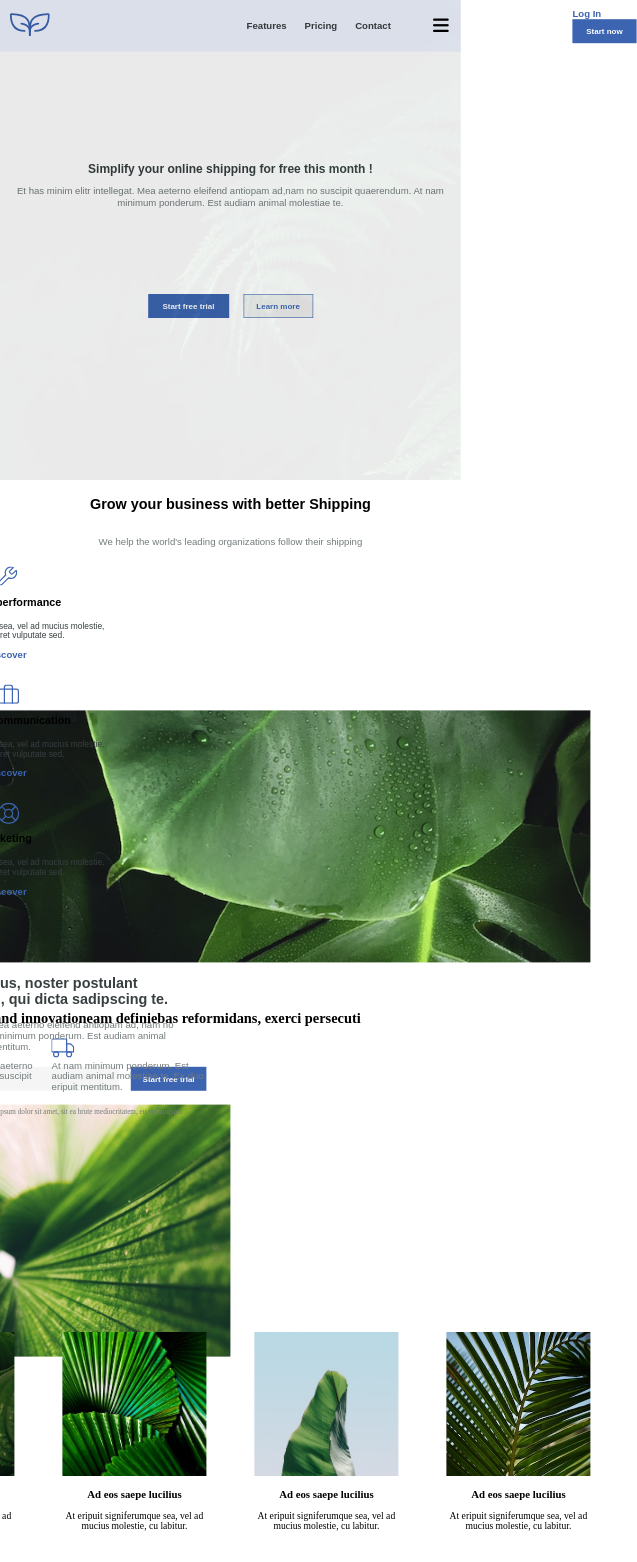
Repository: Mygit2001/LeTuSy_Test_Ecommage
Page: index.html
The author's editor kept a copy of each file at every save. The page is drawn from the files as they stood at one save, then again after the next save.
The browser window is 768 px wide. The page is 1061 px wide, then 984 px, so the pictures cover 1061 px, including what lies to the right of the window. The pictures show the whole page, at 60% of full size.
Some web fonts or font styles are not loaded; a fallback is used. Some web libraries are served in a nearby version.

Above is the page before, as saved 2023-02-15 23:06:37.

After the next save:
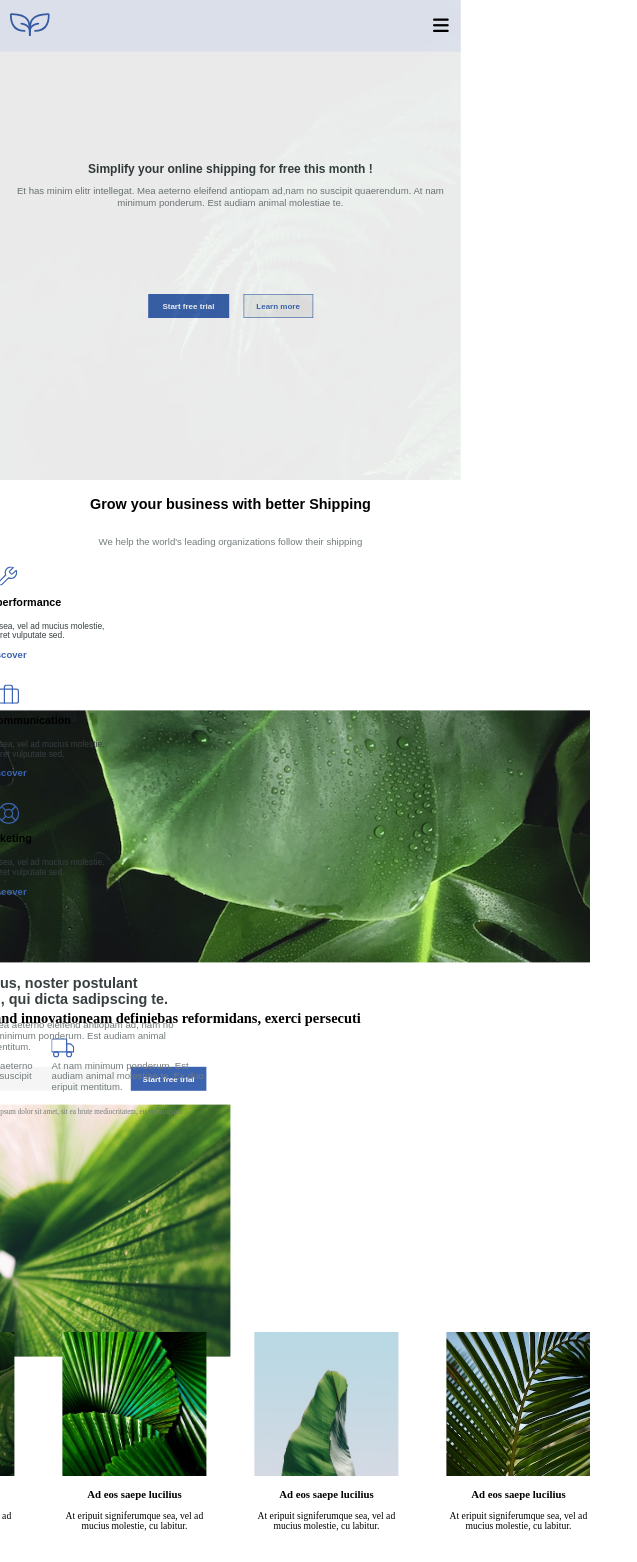
Saved 6 s later.
--- a/assets/css/responsive.css
+++ b/assets/css/responsive.css
@@ -29,6 +29,9 @@
 
  /* mobile and tablet */
 @media(max-width:63.9375em) {
+    .menu,.navitem-right {
+        display:none;
+    }
     .navbar_header {
         position: relative;
     }
